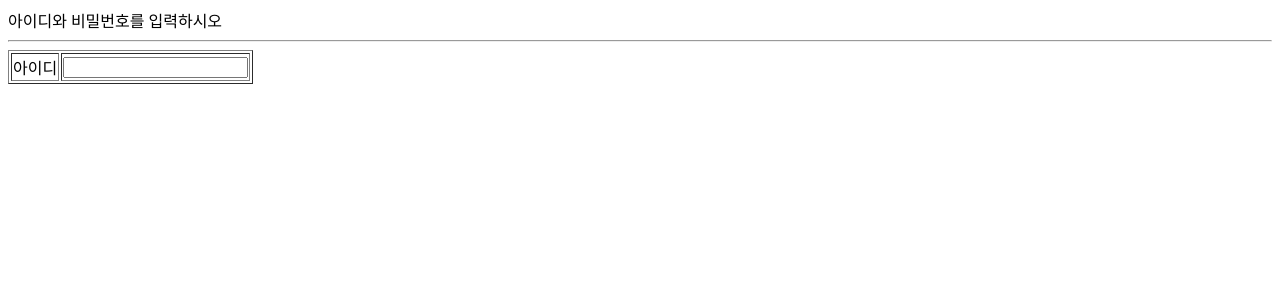
Repository: Gabintree/JDBC2019
Page: http://localhost/Jsp20190510_start/20190524_CookieSessionLogin.jsp
These files come from the project's save history. The page is drawn as it stood at one moment and after the next save; the edit follows.
The browser window is 1280 px wide. The pictures show the whole page.
The page is served by Tomcat 9.

Above is the page before, as saved 2019-05-24 06:05:50.

### Jsp20190510_start/WebContent/20190524_CookieSessionLogin.jsp
<%@ page language="java" contentType="text/html; charset=UTF-8"
    pageEncoding="UTF-8"%>
<!DOCTYPE html>
<html>
<head>
<meta charset="UTF-8">
<title>쿠키를 이용한 세션 관리</title>
</head>
<%
	Cookie[] cookies = request.getCookies();
	String loginStatus = null;
	String rememberId = null;
	String id = null;
	if(cookies != null && cookies.length >0){
		for(int i = 0; i < cookies.length; i++){
			if(cookies[i].getName().equals("rememberId") && cookies[i].getValue().equals("keep")) {
				rememberId = cookies[i].getValue();
			}
			if(cookies[i].getName().equals("id")) {
				id = cookies[i].getValue();
			}
		}
	}
%>
<body>
	<form action = "20190524_CookieSessionSet.jsp" method = "post">
		아이디와 비밀번호를 입력하시오<hr>
	<table border="1">
	<tr>
		<td align="center">아이디</td>
		<td><input type ="text" name = "id" value ="<%=(id == null ? "" : id) %>"></td>

	</table>
	</form>


</body>
</html>

After the next save:
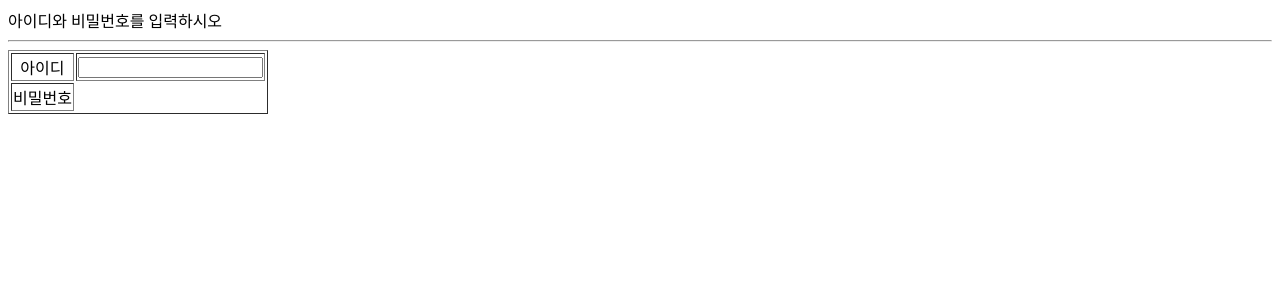
Saved 65 s later.
--- a/Jsp20190510_start/WebContent/20190524_CookieSessionLogin.jsp
+++ b/Jsp20190510_start/WebContent/20190524_CookieSessionLogin.jsp
@@ -29,6 +29,9 @@
 	<tr>
 		<td align="center">아이디</td>
 		<td><input type ="text" name = "id" value ="<%=(id == null ? "" : id) %>"></td>
+	</tr>
+	<tr>
+		<td align="center">비밀번호</td>
 
 	</table>
 	</form>
